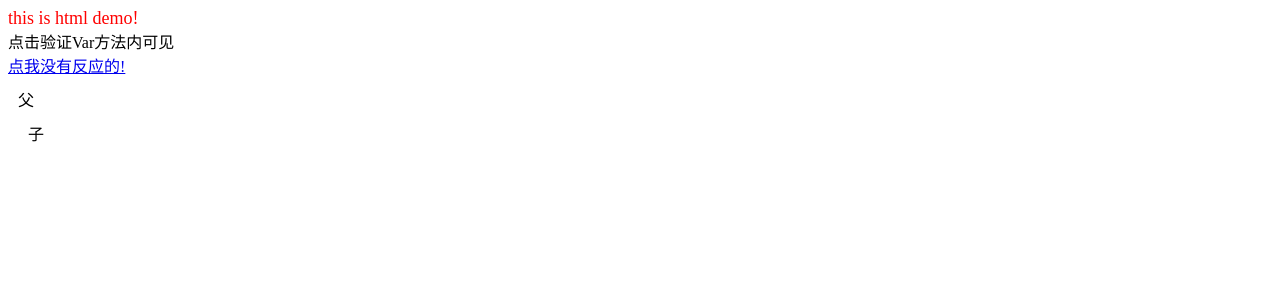
Repository: gavin2010/Frontend_html
Page: demo.html
These files come from the project's save history. The page is drawn as it stood at one moment and after the next save; the edit follows.
The browser window is 1280 px wide. The pictures show the whole page.

Above is the page before, as saved 2023-03-04 11:16:28.
Console error: ReferenceError: bodyOnload is not defined

After the next save:
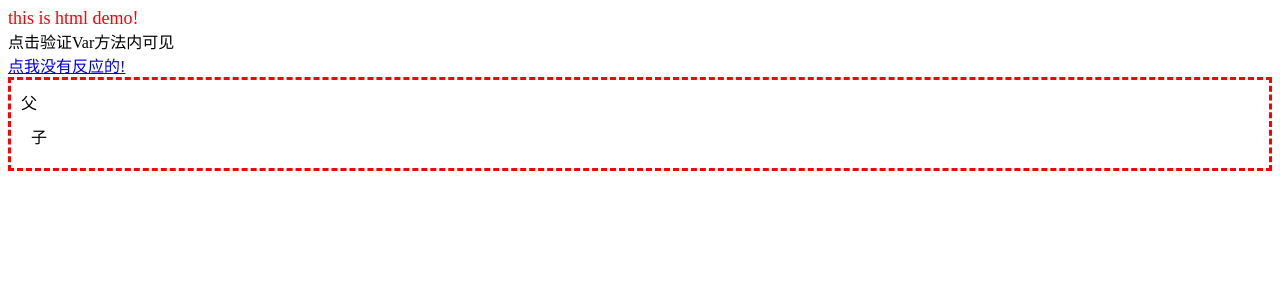
Saved 69 s later.
--- a/demo.html
+++ b/demo.html
@@ -23,7 +23,7 @@
     </div>
     <a href="javascript:void(0);">点我没有反应的!</a>
 
-    <div id="parent" style="border-color:red; padding: 10px;">
+    <div id="parent" style="border-style: dashed;border-color:red; padding: 10px;">
         父
         <div id="child" style="border-color:yellow; padding: 10px;">
             子
